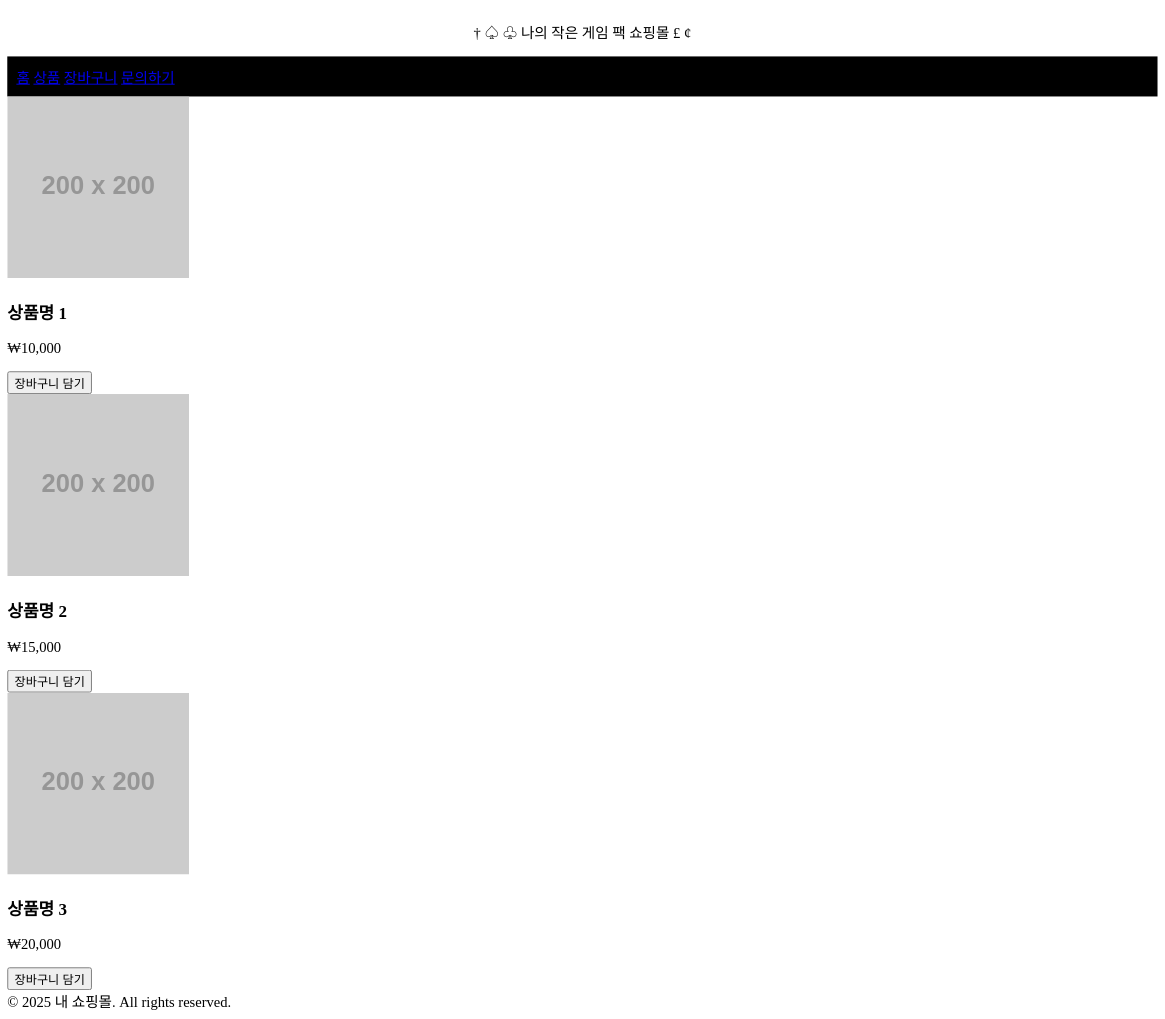
Repository: SeungYeon04/A_AssetsJSP
Page: http://localhost/JSP_Start01/
These files come from the project's save history. The page is drawn as it stood at one moment and after the next save; the edit follows.
The browser window is 1280 px wide. The pictures show the whole page, at 91% of full size.
Some web fonts or font styles are not loaded; a fallback is used. The page is served by Tomcat 9.

Above is the page before, as saved 2025-03-11 05:24:21.

### JSP_Start01/src/main/webapp/index.jsp
<%@ page language="java" contentType="text/html; charset=UTF-8"
    pageEncoding="UTF-8"%>
<!DOCTYPE html>
<html>
<head>
<meta charset="UTF-8">
<title>Insert title here</title>
</head>
<body>
	<header>† ♤ ♧  나의 작은 게임 팩 쇼핑몰 £ ¢</header>

    <nav>
        <a href="#">홈</a>
        <a href="#">상품</a>
        <a href="#">장바구니</a>
        <a href="#">문의하기</a>
    </nav>

    <div class="container">
        <div class="product">
            <img src="https://via.placeholder.com/200" alt="상품1">
            <h3>상품명 1</h3>
            <p>₩10,000</p>
            <button>장바구니 담기</button>
        </div>

        <div class="product">
            <img src="https://via.placeholder.com/200" alt="상품2">
            <h3>상품명 2</h3>
            <p>₩15,000</p>
            <button>장바구니 담기</button>
        </div>

        <div class="product">
            <img src="https://via.placeholder.com/200" alt="상품3">
            <h3>상품명 3</h3>
            <p>₩20,000</p>
            <button>장바구니 담기</button>
        </div>
    </div>

    <footer>© 2025 내 쇼핑몰. All rights reserved.</footer>
    <style>

    	body {
    		font-family: 'Ownglyph_ParkDaHyun';
    	}

    	header {
    		text-align: center;
    		padding: 15px 0;
    	}



	    @font-face {
		    font-family: 'Ownglyph_ParkDaHyun';
		    src: url('https://fastly.jsdelivr.net/gh/projectnoonnu/2411-3@1.0/Ownglyph_ParkDaHyun.woff2') format('woff2');
		    font-weight: normal;
		    font-style: normal;
		}

		nav {
			background: #000;
			padding: 10px;
			text-align: ceter;

		}


    </style>
</body>
</html>

After the next save:
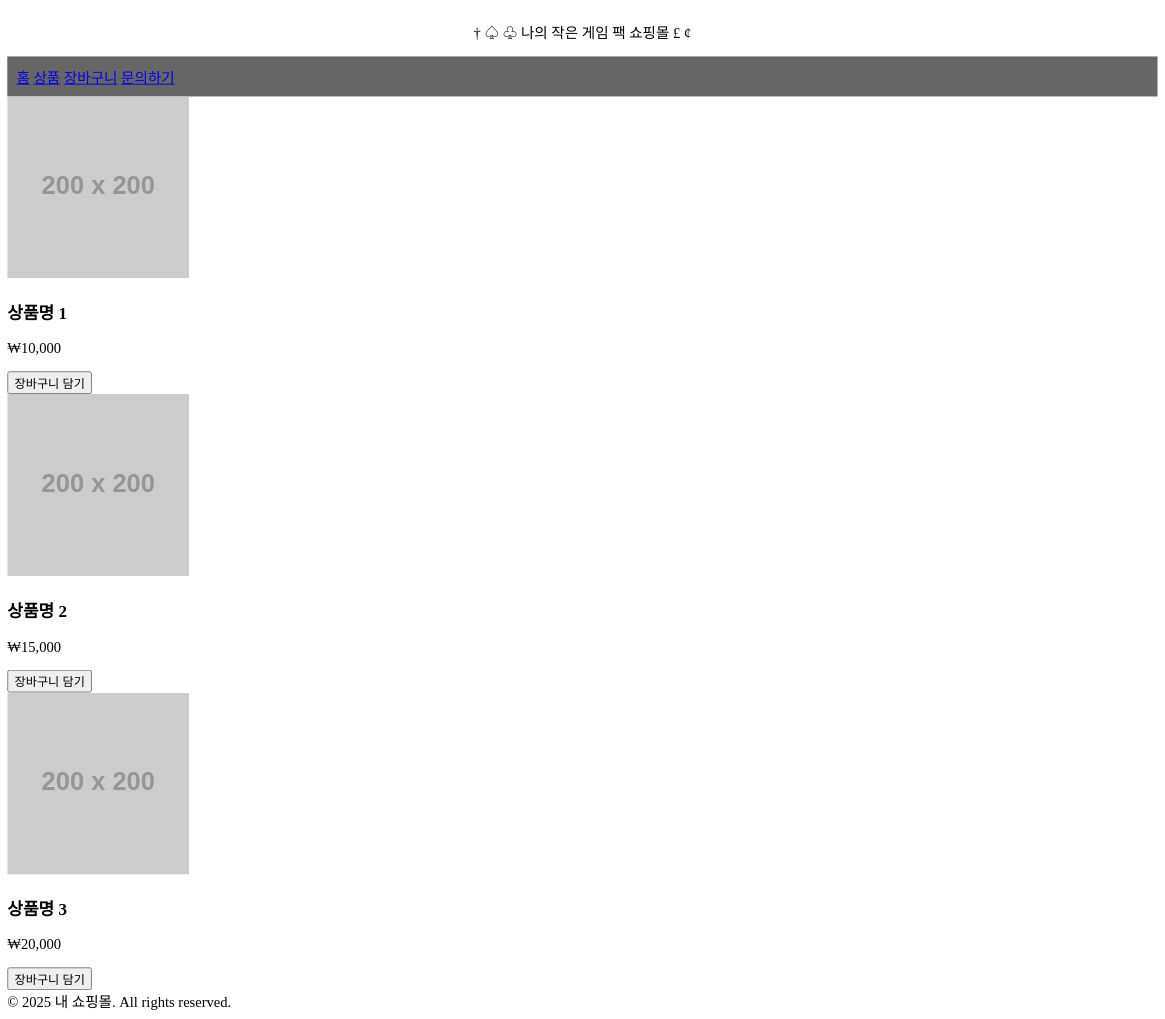
Saved 5 s later.
--- a/JSP_Start01/src/main/webapp/index.jsp
+++ b/JSP_Start01/src/main/webapp/index.jsp
@@ -61,7 +61,7 @@
 		}
 
 		nav {
-			background: #000;
+			background: #666;
 			padding: 10px;
 			text-align: ceter;
 
